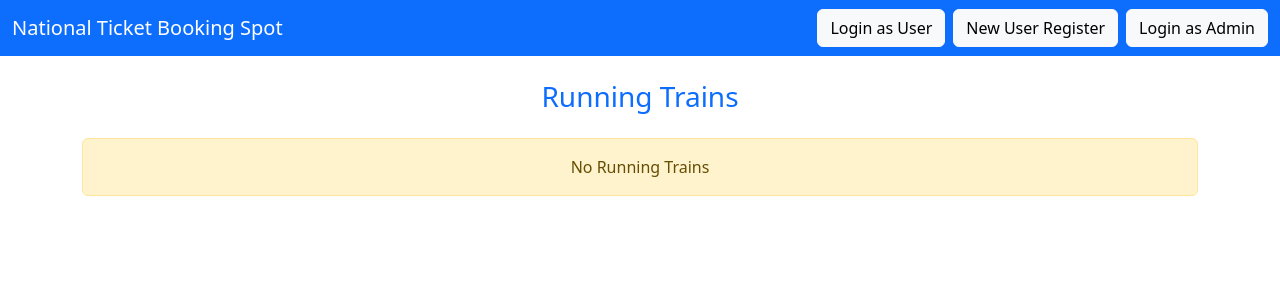
Repository: PrathamSahani/TMS-Sprint2
Page: http://localhost/TMS/UserViewTrains.jsp
An editor plug-in stored every save of this project. The page is shown before and after the next save, followed by the edit.
The browser window is 1280 px wide. The pictures show the whole page.
The page is served by Tomcat 10. Other server files are loaded and not shown. The template is opened directly, without the code that normally fills it, so the values that code supplies are empty.

Above is the page before, as saved 2025-04-23 19:08:45.

### Update/TMS/src/main/webapp/UserViewTrains.jsp
<%@ page language="java" contentType="text/html; charset=UTF-8" pageEncoding="UTF-8"%>
<%@ page import="java.util.*, com.tms.beans.TrainBean" %>
<!DOCTYPE html>
<html>
<head>
    <meta charset="UTF-8">
    <title>View Trains</title>
    <link href="https://cdn.jsdelivr.net/npm/bootstrap@5.3.2/dist/css/bootstrap.min.css" rel="stylesheet">
</head>
<body>
    <!-- Navbar -->
    <nav class="navbar navbar-expand-lg navbar-dark bg-primary">
        <div class="container-fluid">
            <a class="navbar-brand" href="#">National Ticket Booking Spot</a>
            <div class="d-flex">
                <a class="btn btn-light me-2" href="UserLogin.jsp">Login as User</a>
                <a class="btn btn-light me-2" href="UserRegister.jsp">New User Register</a>
                <a class="btn btn-light" href="AdminLogin.jsp">Login as Admin</a>
            </div>
        </div>
    </nav>

    <div class="container mt-4">
        <h3 class="text-center text-primary mb-4">Running Trains</h3>

        <%
            List<TrainBean> trains = (List<TrainBean>) request.getAttribute("trains");
            if (trains != null && !trains.isEmpty()) {
        %>
        <div class="table-responsive">
            <table class="table table-bordered table-striped table-hover">
                <thead class="table-dark">
                    <tr>
                        <th>Train Name</th>
                        <th>Train Number</th>
                        <th>From Station</th>
                        <th>To Station</th>
                        <th>Time</th>
                        <th>Seats Available</th>
                        <th>Fare (INR)</th>
                        <th>Booking</th>
                    </tr>
                </thead>
                <tbody>
                    <%
                        Random rand = new Random();
                        for (TrainBean train : trains) {
                            int hr = rand.nextInt(24);
                            int min = rand.nextInt(60);
                            String time = String.format("%02d:%02d", hr, min);
                    %>
                    <tr>
                        <td><a href='view?trainNo=<%= train.getTr_no() %>&fromStn=<%= train.getFrom_stn() %>&toStn=<%= train.getTo_stn() %>'><%= train.getTr_name() %></a></td>
                        <td><%= train.getTr_no() %></td>
                        <td><%= train.getFrom_stn() %></td>
                        <td><%= train.getTo_stn() %></td>
                        <td><%= time %></td>
                        <td><%= train.getSeats() %></td>
                        <td><%= train.getFare() %> RS</td>
                        <td><a class="btn btn-danger btn-sm" href='booktrainbyref?trainNo=<%= train.getTr_no() %>&fromStn=<%= train.getFrom_stn() %>&toStn=<%= train.getTo_stn() %>'>Book Now</a></td>
                    </tr>
                    <% } %>
                </tbody>
            </table>
        </div>
        <% } else { %>
            <div class="alert alert-warning text-center">
                No Running Trains
            </div>
        <% } %>
    </div>

    <script src="https://cdn.jsdelivr.net/npm/bootstrap@5.3.2/dist/js/bootstrap.bundle.min.js"></script>
</body>
</html>

After the next save:
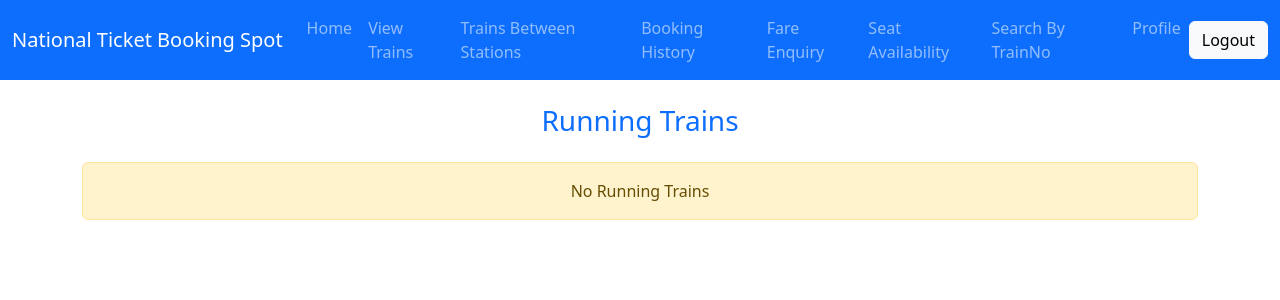
Saved 70 s later.
--- a/Update/TMS/src/main/webapp/UserViewTrains.jsp
+++ b/Update/TMS/src/main/webapp/UserViewTrains.jsp
@@ -10,15 +10,26 @@
 <body>
     <!-- Navbar -->
     <nav class="navbar navbar-expand-lg navbar-dark bg-primary">
-        <div class="container-fluid">
-            <a class="navbar-brand" href="#">National Ticket Booking Spot</a>
-            <div class="d-flex">
-                <a class="btn btn-light me-2" href="UserLogin.jsp">Login as User</a>
-                <a class="btn btn-light me-2" href="UserRegister.jsp">New User Register</a>
-                <a class="btn btn-light" href="AdminLogin.jsp">Login as Admin</a>
-            </div>
+    <div class="container-fluid">
+      <a class="navbar-brand" href="#">National Ticket Booking Spot</a>
+      <div class="collapse navbar-collapse">
+        <ul class="navbar-nav me-auto mb-2 mb-lg-0">
+          <li class="nav-item"><a class="nav-link" href="userhome">Home</a></li>
+          <li class="nav-item"><a class="nav-link" href="userviewtrainfwd">View Trains</a></li>
+          <li class="nav-item"><a class="nav-link" href="trainbwstnfwd">Trains Between Stations</a></li>
+          <li class="nav-item"><a class="nav-link" href="bookingdetails">Booking History</a></li>
+          <li class="nav-item"><a class="nav-link" href="fareenqfwd">Fare Enquiry</a></li>
+          <li class="nav-item"><a class="nav-link" href="useravailfwd">Seat Availability</a></li>
+          <li class="nav-item"><a class="nav-link" href="usersearchtrain">Search By TrainNo</a></li>
+          <li class="nav-item"><a class="nav-link" href="userprofile">Profile</a></li>
+        </ul>
+        <div class="d-flex">
+          <a class="btn btn-light" href="userlogout">Logout</a>
         </div>
-    </nav>
+      </div>
+    </div>
+  </nav>
+
 
     <div class="container mt-4">
         <h3 class="text-center text-primary mb-4">Running Trains</h3>
